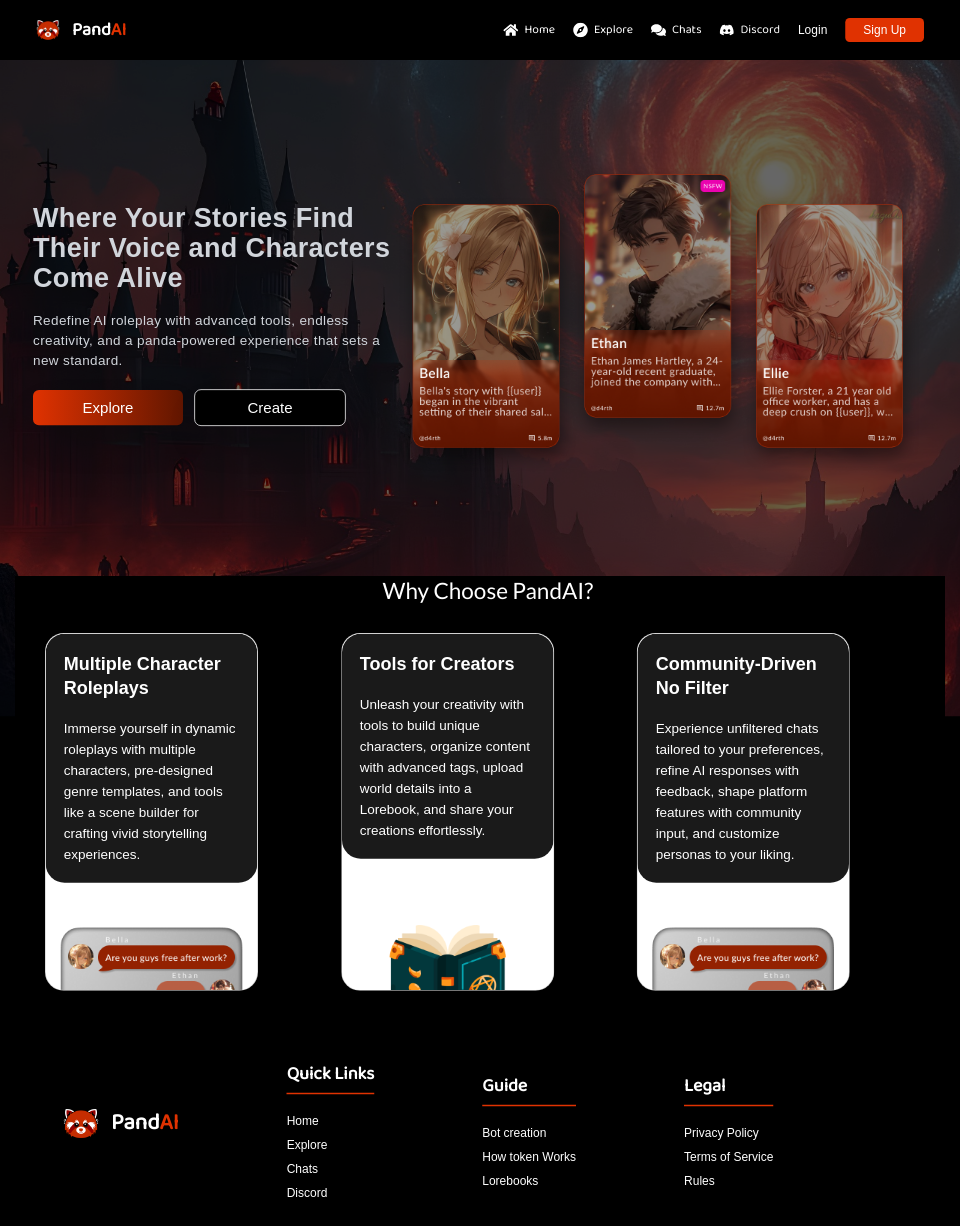
Repository: PandamoniumAI/Pandamonium
Page: /preview
The author's editor kept a copy of each file at every save. The page is drawn from the files as they stood at one save, then again after the next save.
The browser window is 1280 px wide. The pictures show the whole page, at 75% of full size.
Some web libraries are served in a nearby version. The project was rebuilt for these pictures with package versions that can differ from the ones it lists, and the page was loaded fresh each time. Also part of the build but not shown: vite.config.js, src/Utils/Utils.js, src/Components/SearchBar/SearchBar.jsx, src/Components/CSS/CharacterCard.css, src/Components/CharacterCard/CharacterCard.jsx, src/Components/CSS/CharacterCardModal.css, src/Components/CharacterCardModal/CharacterCardModal.jsx, src/Components/CSS/Tags.css and 15 more.

Above is the page before, as saved 2025-01-01 21:38:56.

### index.html
<!doctype html>
<html lang="en">
  <head>
    <meta charset="UTF-8" />
    <link rel="icon" type="image/svg+xml" href="/src/assets/animal.png"/>
    <meta name="viewport" content="width=device-width, initial-scale=1.0" />
    <title>Pandamonium</title>
    <link
      href="https://cdn.jsdelivr.net/npm/bootstrap@5.3.0-alpha1/dist/css/bootstrap.min.css"
      rel="stylesheet"
    />
    <link
      href="https://cdn.jsdelivr.net/npm/bootstrap-icons/font/bootstrap-icons.css"
      rel="stylesheet"
    />
    <link
      href="https://cdnjs.cloudflare.com/ajax/libs/animate.css/4.1.1/animate.min.css"
      rel="stylesheet"
    />
  </head>

  <body>
    <div id="root"></div>
    <script src="https://kit.fontawesome.com/68b5244ee4.js" crossorigin="anonymous"></script>
    <script src="https://cdn.jsdelivr.net/npm/react/umd/react.production.min.js"></script>
    <script src="https://cdn.jsdelivr.net/npm/react-dom/umd/react-dom.production.min.js"></script>
    <script type="module" src="/src/main.jsx"></script>
    <script src="https://cdn.jsdelivr.net/npm/bootstrap@5.3.0-alpha1/dist/js/bootstrap.bundle.min.js"></script>
  </body>
</html>

### src/App.jsx
import HomePage from "./Components/HomePage/HomePage.jsx";
import Chat from "./Components/Chat/Chat.jsx";
import Create from "./Components/Create/Create.jsx";
import Error from "./Components/Error/Error.jsx";
import { BrowserRouter as Router, Routes, Route } from "react-router-dom";
import Preview from "../src/Preview/Preview.jsx";
function App() {
  return (
    <Router>
      <Routes>
        <Route path="/" element={<HomePage />} />
        <Route path="/chat/:characterId" element={<Chat />} />
        <Route path="/create" element={<Create />} />
        <Route path="*" element={<Error />} />
        <Route path="/preview" element={<Preview />} />
      </Routes>
    </Router>
  );
}

export default App;

### src/Preview/Preview.jsx
import React from "react";
import Animal from "../assets/animal.png";
import "./Preview.css";
import "tailwindcss/tailwind.css";
import {FaHome, FaCompass, FaComments, FaDiscord} from "react-icons/fa";
import image from "../assets/image.png";
import Chatcard from "../assets/Chat Card.png";
import Book from "../assets/Magical Book World Illustration 1.png";
import Roleplay from "../assets/Chat Card (1).png";

export default function Preview() {
  const handleCardHover = (event, element) => {
    const rect = element.getBoundingClientRect();
    const x = (event.clientX - rect.left) / rect.width - 0.5; // Normalize between -0.5 to 0.5
    const y = (event.clientY - rect.top) / rect.height - 0.5;

    element.style.transform = `rotateX(${y * 10}deg) rotateY(${x * 10}deg) scale(1.05)`;
  };

  return (
    <div className="main">
      <div className="fixed top-0 left-0 w-full bg-black bg-opacity-40 p-4 z-50">
        <div className="flex justify-between items-center w-full max-w-screen-xl mx-auto px-4">
          <div
            className="flex items-center space-x-4 cursor-pointer"
            onClick={() => window.scrollTo({top: 0, behavior: "smooth"})}
          >
            <img className="w-8 h-8" src={Animal} alt="Logo" />
            <h1 className="text-2xl font-bold font-baloo text-white">
              Pand<span className="text-[#E03201]">AI</span>
            </h1>
          </div>

          <div className="flex items-center space-x-6">
            <button className="flex items-center text-white font-baloo hover:text-[#E03201] transition">
              <FaHome className="mr-2 text-xl" />
              Home
            </button>
            <button className="flex items-center text-white font-baloo hover:text-[#E03201] transition">
              <FaCompass className="mr-2 text-xl" />
              Explore
            </button>
            <button className="flex items-center text-white font-baloo hover:text-[#E03201] transition">
              <FaComments className="mr-2 text-xl" />
              Chats
            </button>
            <button className="flex items-center text-white font-baloo hover:text-[#E03201] transition">
              <FaDiscord className="mr-2 text-xl" />
              Discord
            </button>
            <button className="text-white hover:text-[#E03201] transition">
              Login
            </button>
            <button className="bg-[#E03201] text-white px-4 py-1 rounded-md hover:bg-[#b02501] transition">
              Sign Up
            </button>
          </div>
        </div>
      </div>

      <div className="preview-container relative p-6">
        <div className="Preview-text mt-[50px] absolute top-[200px]">
          <p className="text-4xl text-gray-300 font-bold mb-6 tracking-[0.5px] w-[500px]">
            Where Your Stories Find Their Voice and Characters Come Alive
          </p>
          <p className="text-[18px] text-gray-300 leading-[27px] tracking-[0.5px] w-[500px] mb-8">
            Redefine AI roleplay with advanced tools, endless creativity, and a
            panda-powered experience that sets a new standard.
          </p>
        </div>

        <div className="Buttons absolute top-[500px] flex space-x-4 mb-8">
          <button className="text-white text-xl h-[47px] w-[200px] rounded-lg shadow-2xl bg-gradient-to-r from-[#E03201] to-[#611600] transform hover:scale-105 transition-all duration-300 ease-in-out hover:shadow-orange-500/50 hover:shadow-lg">
            <span className="relative z-10">Explore</span>
          </button>
          <button
            className="create bg-black text-white text-xl h-[47px] w-[200px] rounded-lg shadow-2xl outline outline-1 hover:outline-none transition-all duration-300 ease-in-out transform hover:scale-105 hover:shadow-[#B22801]/50 hover:shadow-lg relative overflow-hidden group"
            style={{
              outlineImage:
                "linear-gradient(to right, #FFCBBB, #D07A5A, #A8382D, #611600)",
              outlineImageSlice: 1,
            }}
          >
            <span className="relative z-10">Create</span>
            <span className="absolute inset-0 bg-yellow-500 transform scale-x-0 group-hover:scale-x-100 transition-transform duration-300 origin-left"></span>
          </button>
        </div>

        <div className="absolute right-[30px] top-[200px]">
          <img src={image} alt="" />
        </div>
      </div>

      <div className="infostart">
      <div className="info px-10 relative bg-black" style={{top: "700px"}}>
        <div className="infotext mb-8 text-white">
          <h1 className="text-3xl font-lato text-white ml-[450px]">
            Why Choose PandAI?
          </h1>

          <div className="cards grid grid-cols-1 md:grid-cols-3 gap-6 mt-10">
            {[
              "Multiple Character Roleplays",
              "Tools for Creators",
              "Community-Driven No Filter",
            ].map((title, index) => (
              <div
                key={index}
                className="card relative flex flex-col justify-between w-[284px] h-[477px] rounded-[25px] overflow-hidden"
                onMouseMove={(e) => handleCardHover(e, e.currentTarget)}
              >
                <div
                  className="absolute inset-0 -z-10 rounded-[25px]"
                  style={{
                    background:
                      "linear-gradient(135deg, #BF18C2, #6B1C8F, #1D0375)",
                    position: "absolute",
                    top: 0,
                    left: 0,
                    right: 0,
                    bottom: 0,
                    borderRadius: "25px",
                    padding: "2px",
                  }}
                />
                <div className="content p-6 bg-[#1A1A1A] flex flex-col justify-between h-full rounded-[25px]">
                  <h2 className="text-2xl font-semibold mb-4 text-white">
                    {title}
                  </h2>
                  <p className="text-lg text-white">
                    {index === 0
                      ? "Immerse yourself in dynamic roleplays with multiple characters, pre-designed genre templates, and tools like a scene builder for crafting vivid storytelling experiences."
                      : index === 1
                        ? "Unleash your creativity with tools to build unique characters, organize content with advanced tags, upload world details into a Lorebook, and share your creations effortlessly."
                        : "Experience unfiltered chats tailored to your preferences, refine AI responses with feedback, shape platform features with community input, and customize personas to your liking."}
                  </p>
                </div>
                <div className="image-container mt-4">
                  {index === 0 ? (
                    <img
                      src={Chatcard}
                      alt="Roleplay"
                      className="w-full rounded-[25px]"
                    />
                  ) : index === 1 ? (
                    <img
                      src={Book}
                      alt="Creator Tools"
                      className="w-full rounded-[25px]"
                    />
                  ) : (
                    <img
                      src={Roleplay}
                      alt="Community"
                      className="w-full rounded-[25px]"
                    />
                  )}
                </div>
              </div>
            ))}
          </div>
        </div>

          <div className="Footer bg-black py-8 px-6 mt-10 flex items-center justify-start space-x-36">
            <div className="flex items-center">
              <img
                className="w-12 h-12 mr-4 transform transition duration-300 hover:scale-110"
                src={Animal}
                alt="Logo"
              />
              <h1 className="text-3xl font-bold font-baloo text-white">
                Pand<span className="text-[#E03201]">AI</span>
              </h1>
            </div>

            <div className="Quicklinks mr-36 mt-6">
              <h1 className="text-2xl font-bold font-baloo text-white border-b-2 border-[#E03201] pb-2">
                Quick Links
              </h1>
              <ul className="list-none pl-0 mt-4 space-y-2">
                <li className="text-white hover:text-[#E03201] transition duration-300 transform hover:translate-x-2">
                  <a href="#">Home</a>
                </li>
                <li className="text-white hover:text-[#E03201] transition duration-300 transform hover:translate-x-2">
                  <a href="#">Explore</a>
                </li>
                <li className="text-white hover:text-[#E03201] transition duration-300 transform hover:translate-x-2">
                  <a href="#">Chats</a>
                </li>
                <li className="text-white hover:text-[#E03201] transition duration-300 transform hover:translate-x-2">
                  <a href="#">Discord</a>
                </li>
              </ul>
            </div>

            <div className="guide mr-36 mt-6">
              <h1 className="text-2xl font-bold font-baloo text-white border-b-2 border-[#E03201] pb-2">
                Guide
              </h1>
              <ul className="list-none pl-0 mt-4 space-y-2">
                <li className="text-white hover:text-[#E03201] transition duration-300 transform hover:translate-x-2">
                  <a href="#">Bot creation</a>
                </li>
                <li className="text-white hover:text-[#E03201] transition duration-300 transform hover:translate-x-2">
                  <a href="#">How token Works</a>
                </li>
                <li className="text-white hover:text-[#E03201] transition duration-300 transform hover:translate-x-2">
                  <a href="#">Lorebooks</a>
                </li>
              </ul>
            </div>

            <div className="legal mr-36 mt-6">
              <h1 className="text-2xl font-bold font-baloo text-white border-b-2 border-[#E03201] pb-2">
                Legal
              </h1>
              <ul className="list-none pl-0 mt-4 space-y-2">
                <li className="text-white hover:text-[#E03201] transition duration-300 transform hover:translate-x-2">
                  <a href="#">Privacy Policy</a>
                </li>
                <li className="text-white hover:text-[#E03201] transition duration-300 transform hover:translate-x-2">
                  <a href="#">Terms of Service</a>
                </li>
                <li className="text-white hover:text-[#E03201] transition duration-300 transform hover:translate-x-2">
                  <a href="#">Rules</a>
                </li>
              </ul>
            </div>
          </div>
        </div>
      </div>
    </div>
  );
}

### src/Components/Chat/ExtraCss.css
/* ExtraCss.css */

/* General Styles */
body {
    margin: 0;
    padding: 0;
    font-family: Arial, sans-serif;
    background-color: #121212;
    color: #ffffff;
  }

  /* Chat Container */
  .d-flex {
    display: flex;
  }

  .flex-column {
    flex-direction: column;
  }

  .h-100 {
    height: 100%;
  }

  .bg-dark {
    background-color: #181818;
  }

  .text-white {
    color: #ffffff;
  }

  .border-secondary {
    border-color: #444;
  }

  .border-top {
    border-top: 1px solid;
  }

  .border-bottom {
    border-bottom: 1px solid;
  }

  .overflow-hidden {
    overflow: hidden;
  }

  .overflow-auto {
    overflow: auto;
  }

  /* Chat Header */
  .p-3 {
    padding: 1rem;
  }

  .align-items-center {
    align-items: center;
  }

  .space-x-4 > * + * {
    margin-left: 1rem;
  }

  /* Avatar */
  img.rounded-circle {
    border-radius: 50%;
    cursor: pointer;
  }

  /* Message Bubbles */
  .bg-secondary {
    background-color: #2a2a2a;
  }

  .p-3 {
    padding: 1rem;
  }

  .rounded-lg {
    border-radius: 1rem;
  }

  .shadow-lg {
    box-shadow: 0px 4px 10px rgba(0, 0, 0, 0.2);
  }

  .text-muted {
    color: #aaaaaa;
  }

  /* Input Field */
  input {
    outline: none;
  }

  input::placeholder {
    color: #aaaaaa;
  }

  .border-0 {
    border: none;
  }

  .flex-grow-1 {
    flex-grow: 1;
  }

  .shadow-lg {
    box-shadow: 0px 4px 10px rgba(0, 0, 0, 0.2);
  }

  /* Buttons */
  button {
    cursor: pointer;
  }

  button:disabled {
    opacity: 0.6;
    cursor: not-allowed;
  }

  .btn {
    display: inline-flex;
    justify-content: center;
    align-items: center;
    padding: 0.5rem;
    border: none;
    border-radius: 0.5rem;
    transition: background-color 0.3s ease, transform 0.2s ease;
  }

  .btn:hover:not(:disabled) {
    background-color: #555;
    transform: translateY(-2px);
  }

  .btn-light {
    background-color: #444;
    color: #fff;
  }

  .btn-primary {
    background-color: #007bff;
    color: #fff;
  }

  .btn-primary:hover:not(:disabled) {
    background-color: #0056b3;
  }

  /* Typing Animation */
  .animate-pulse {
    animation: pulse 1.5s infinite;
  }

  @keyframes pulse {
    0%, 100% {
      opacity: 1;
    }
    50% {
      opacity: 0.5;
    }
  }

  /* Smooth Fade-In */
  @keyframes fadeIn {
    from {
      opacity: 0;
      transform: translateY(10px);
    }
    to {
      opacity: 1;
      transform: translateY(0);
    }
  }

  /* Scrollbar Styles */
  .overflow-auto::-webkit-scrollbar {
    width: 6px;
  }

  .overflow-auto::-webkit-scrollbar-thumb {
    background-color: #444;
    border-radius: 10px;
  }

  .overflow-auto::-webkit-scrollbar-track {
    background-color: transparent;
  }

  .ReactModal__Overlay {
    opacity: 0;
    transition: opacity 0.3s ease-in-out;
  }
  .ReactModal__Overlay--after-open {
    opacity: 1;
  }
  .ReactModal__Overlay--before-close {
    opacity: 0;
  }

### src/Components/CSS/Create.css
body {
    background-color: #121212;
    color: #fff;
    min-height: 100vh;
    padding: 20px;
    font-family: 'Arial', sans-serif;
}
.creation-form {
    max-width: 800px;
    margin: 0 auto;
    background-color: rgba(0, 0, 0, 0.8);
    padding: 30px;
    border-radius: 15px;
    border: 1px solid #444;
    transition: all 0.3s ease;
}
.creation-form:hover {
    transform: scale(1.03);
    box-shadow: 0 10px 30px rgba(0, 0, 0, 0.5);
}
.form-control {
    background-color: #333;
    border: 1px solid #555;
    color: #fff;
    margin-bottom: 20px;
    transition: all 0.3s ease;
}
.form-control:focus {
    background-color: #444;
    border-color: #007bff;
    color: #fff;
}
.form-label {
    font-weight: bold;
}
.btn {
    background-color: #007bff;
    color: #fff;
    transition: all 0.3s ease;
}
.btn:hover {
    background-color: #0056b3;
}
.select2-container {
    width: 100%;
}
.custom-tag-field {
    margin-top: 20px;
}
.custom-tag-field input {
    width: calc(100% - 60px);
    display: inline-block;
    margin-right: 10px;
}
.custom-tag-field button {
    display: inline-block;
    background-color: #28a745;
    color: white;
    padding: 6px 12px;
    border: none;
    cursor: pointer;
}
.custom-tag-field button:hover {
    background-color: #218838;
}

@keyframes float {
    0% { transform: translateY(0px); }
    50% { transform: translateY(-10px); }
    100% { transform: translateY(0px); }
}

.tags-modal {
    display: none;
    position: fixed;
    top: 0;
    left: 0;
    width: 100%;
    height: 100%;
    background: rgba(0,0,0,0.7);
    z-index: 1000;
    animation: fadeIn 0.3s;
}

.tags-modal-content {
    position: absolute;
    top: 50%;
    left: 50%;
    transform: translate(-50%, -50%);
    background: #121212;
    color: white;
    padding: 2rem;
    border-radius: 15px;
    width: 90%;
    max-width: 500px;
    animation: slideIn 0.3s;
    box-shadow: 0 5px 15px rgba(0,0,0,0.3);
}

.tags-modal-header {
    display: flex;
    justify-content: space-between;
    align-items: center;
    margin-bottom: 1.5rem;
    border-bottom: 1px solid #333;
    padding-bottom: 1rem;
}

.btn-close {
    background-color: white;
}

.tag-pills {
    display: flex;
    flex-wrap: wrap;
    gap: 0.5rem;
}

.tag-pill {
    padding: 0.5rem 1rem;
    background: #2d2d2d;
    color: white;
    border-radius: 20px;
    cursor: pointer;
    transition: all 0.2s;
    border: 1px solid #444;
}

.tag-pill:hover {
    background: #3d3d3d;
    transform: translateY(-1px);
}

.tag-pill.selected {
    background: #007bff;
    color: white;
    border-color: #0056b3;
}

.selected-tags {
    background: #1a1a1a;
    padding: 1rem;
    border-radius: 10px;
}

.form-control {
    background: #2d2d2d;
    border: 1px solid #444;
    color: white;
}

.form-control:focus {
    background: #2d2d2d;
    color: white;
    border-color: #007bff;
    box-shadow: 0 0 0 0.2rem rgba(0,123,255,0.25);
}

.form-control::placeholder {
    color: #888;
}

@keyframes fadeIn {
    from { opacity: 0; }
    to { opacity: 1; }
}

@keyframes slideIn {
    from { transform: translate(-50%, -60%); opacity: 0; }
    to { transform: translate(-50%, -50%); opacity: 1; }
}

### src/Preview/Preview.css
@tailwind base;
@tailwind components;
@tailwind utilities;

@font-face {
    font-family: 'BalooDa2';
    src: url('../assets/Fonts/BalooDa2-Regular.ttf') format('truetype');
    font-weight: 400;
    font-style: normal;
}

@font-face {
    font-family: 'Lato';
    src: url('./assets/fonts/Lato-Regular.ttf') format('truetype');
    font-weight: normal;
    font-style: normal;
  }

body {
    position: relative;
    background-color: #000;
    min-height: 100vh;
    margin: 0;
    display: flex;
    flex-direction: column;
}

body::before {
    content: '';
    position: absolute;
    top: 0;
    left: 0;
    right: 0;
    bottom: 0;
    background-image: url('../../src/assets/Castle.jpg');
    background-size: cover;
    background-position: center;
    opacity: 0.4;
    z-index: -1;
}

### src/Components/Chat/Sidebar/styles.css
.floating-btn {
  position: absolute;
  top: 50%;
  left: 20px;
  cursor: pointer;
  z-index: 999;
  width: 64px;
  height: 64px;
  background-color: transparent;
  border: none;
  border-radius: 50%;
  transition: left 0.6s ease, transform 0.3s ease;
  box-shadow: none; /* Removed shadow */
}

.floating-btn.open {
  left: calc(240px + 20px);
}

.floating-btn.closed {
  left: 20px;
}

.sidebar {
  position: fixed;
  top: 0;
  left: 0;
  height: 100vh;
  background-color: #333;
  transition: width 0.5s ease-in-out;
  overflow: hidden;
  border-radius: 0 20px 20px 0;
}

.sidebar.open {
  width: 240px;
}

.sidebar.closed {
  width: 0;
}

.panda-image {
  transition: transform 0.5s ease, transform-origin 0.5s ease;
}

.panda-image:hover {
  transform: rotate(360deg); /* Full 360° rotation on hover */
  transform-origin: center;
}

.floating-btn:hover img {
  transform: rotate(360deg); /* Rotate the image smoothly when hovering over it */
  transition: transform 0.6s ease-in-out;
}

/* Reverse rotation when mouse leaves */
.floating-btn img {
  transition: transform 0.6s ease-out;
}

.floating-btn img:hover {
  animation: pandaRotate 0.6s forwards;
}

@keyframes pandaRotate {
  0% {
      transform: rotate(0deg);
  }
  100% {
      transform: rotate(360deg);
  }
}

.floating-btn img:not(:hover) {
  animation: reversePandaRotate 0.6s forwards;
}

@keyframes reversePandaRotate {
  0% {
      transform: rotate(360deg);
  }
  100% {
      transform: rotate(0deg);
  }
}

#pandaBtn {
  transition: transform 0.6s ease-in-out;
}

@media (max-width: 768px) {
  .sidebar {
      display: none;
  }

  .floating-btn {
      left: 20px;
  }
}

Loaded but not shown: src/main.jsx (common file); tailwind.config.js (16 lines, source omitted); src/Components/CSS/HomePage.css (319 lines, source omitted)

After the next save:
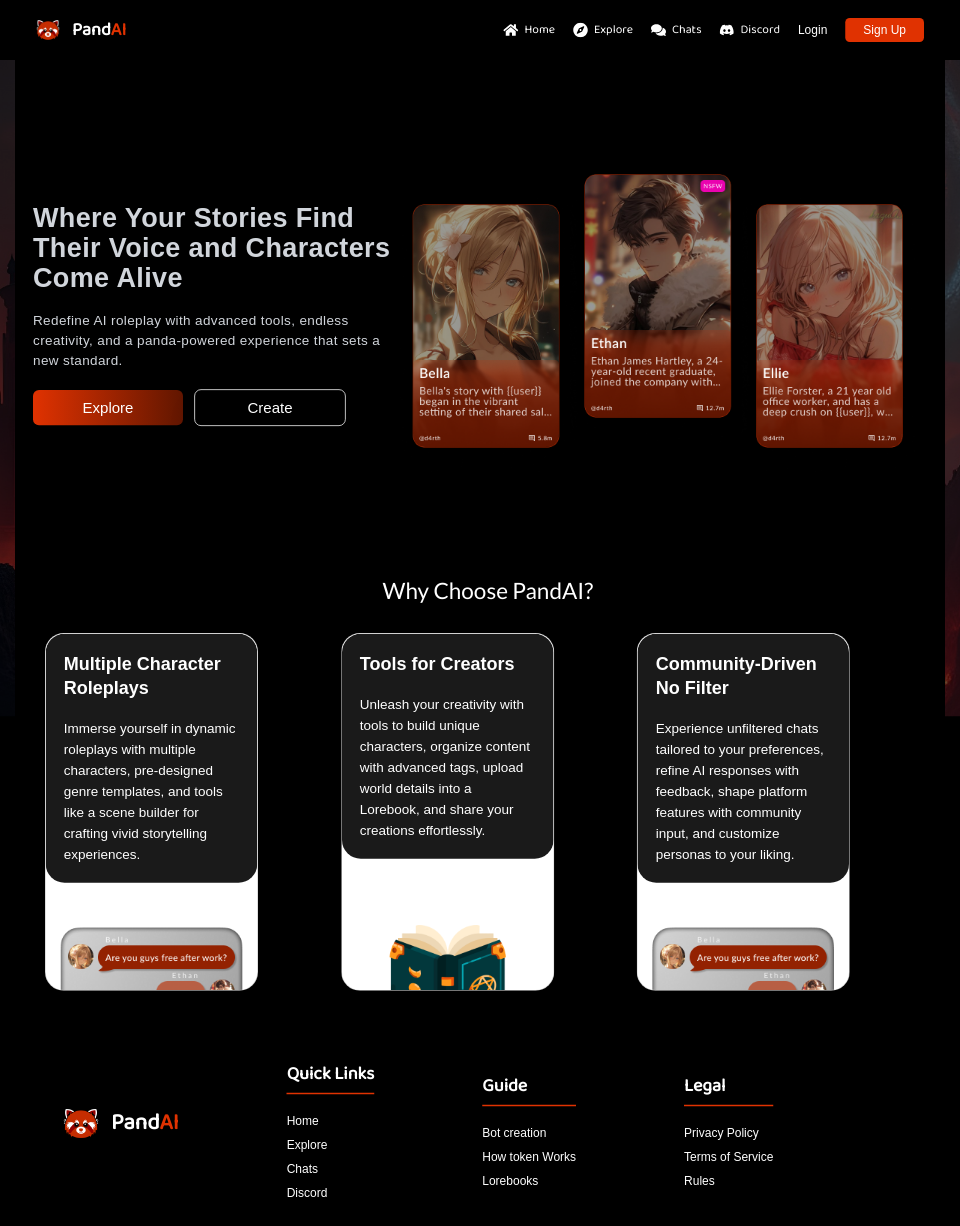
Saved 7 s later.
--- a/src/Preview/Preview.jsx
+++ b/src/Preview/Preview.jsx
@@ -91,7 +91,7 @@
         </div>
       </div>
 
-      <div className="infostart">
+      <div className="infostart bg-black">
       <div className="info px-10 relative bg-black" style={{top: "700px"}}>
         <div className="infotext mb-8 text-white">
           <h1 className="text-3xl font-lato text-white ml-[450px]">
